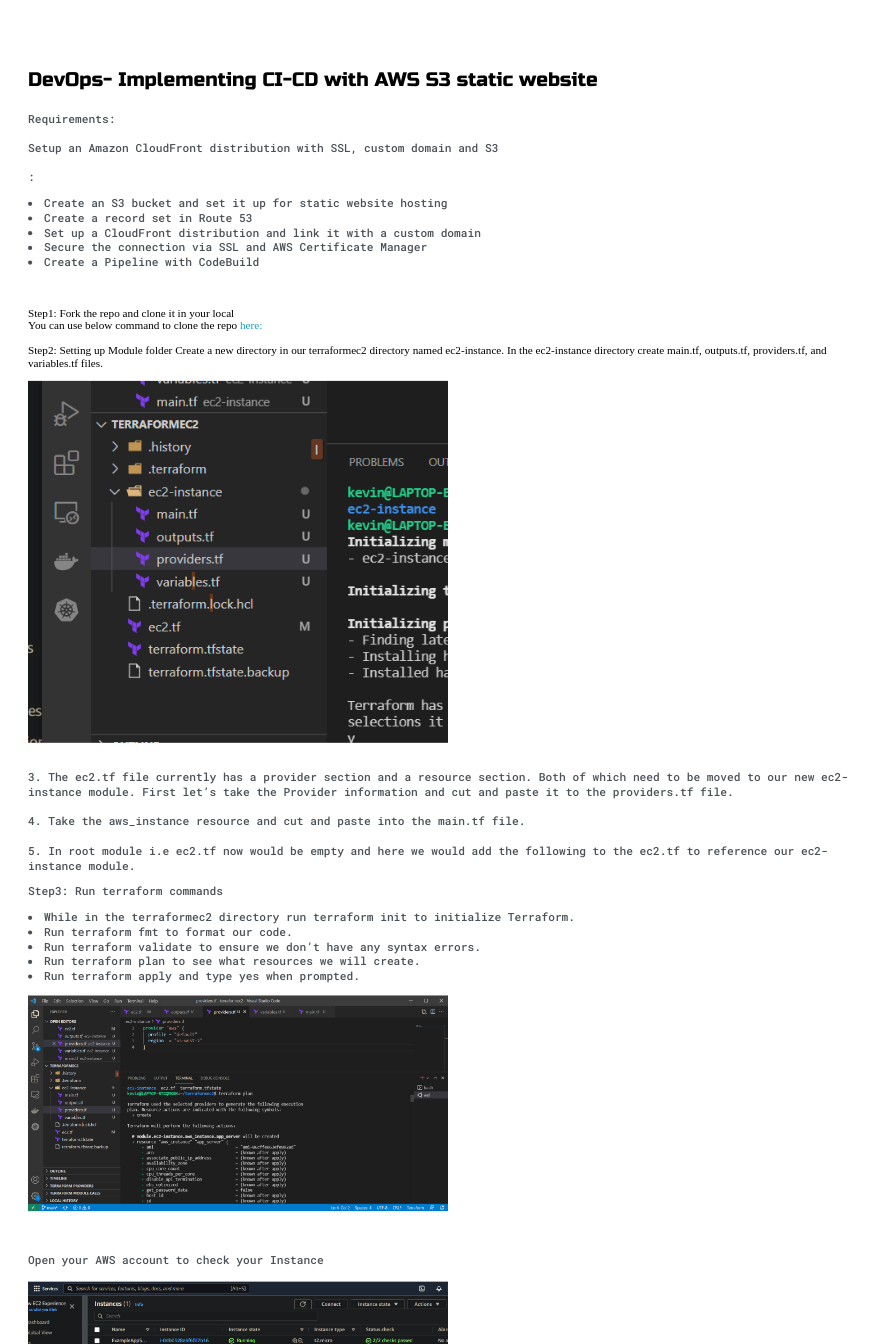
Repository: kevAnto/P_folio
Page: static.html
An editor plug-in stored every save of this project. The page is shown before and after the next save, followed by the edit.
The browser window is 1280 px wide. The pictures show the part of the page from y = 393 to 2313 px (the page is 3106 px tall before and 3085 px after), at 70% of full size.

Above is the page before, as saved 2022-02-24 11:47:45.

### static.html
<!DOCTYPE html>
<html>

<head>
	<title>Antoine Choula</title>


	<meta name="viewport" content="width=device-width, initial-scale=1, maximum-scale=1, minimum-scale=1" />

	<link href="https://fonts.googleapis.com/css2?family=Russo+One&amp;display=swap" rel="stylesheet">

	<link href="https://fonts.googleapis.com/css2?family=Roboto+Mono:wght@500&amp;display=swap" rel="stylesheet">

	<link rel="stylesheet" type="text/css" href="default.css">


	<style type="text/css">
		.img-container{
			max-width: 600px;
		}

		img{
			width: 100%
		}

	</style>

</head>
<body>
	<div class="nav-wrapper">

		<!-- Link around dots-wrapper added after tutorial video -->
		<a href="index.html">
			<div class="dots-wrapper">
				<div id="dot-1" class="browser-dot"></div>
				<div id="dot-2" class="browser-dot"></div>
				<div id="dot-3" class="browser-dot"></div>
			</div>
		</a>

		<ul id="navigation">
			<li><a href="index.html">About</a></li>
			<li><a href="blog.html">Blog</a></li>
			<li><a href="index.html#contact">Contact</a></li>

		</ul>
	</div>

	<div class="main-container">
		<br>

		<div class="img-container">
			<img src="images/static.png">
		</div>

		<h3>DevOps- Implementing CI-CD with AWS S3 static website</h3>


		<p> Requirements: <br><br>

            Setup an Amazon CloudFront distribution with SSL, custom domain and S3 <br><br>

        :

            <li>Create an S3 bucket and set it up for static website hosting </li>
            <li>Create a record set in Route 53 </li>
            <li>Set up a CloudFront distribution and link it with a custom domain  </li>
            <li>Secure the connection via SSL and AWS Certificate Manager </li>
			<li>Create a Pipeline with CodeBuild</li>
		<br>
		<br>

		<br>
			Step1: Fork the repo and clone it in your local

		<br>
        You can use below command to clone the repo <a href="https://github.com/kevAnto/terraformec2/blob/main/ec2.tf">here:</a> <br><br>

        Step2: Setting up Module folder

    Create a new directory in our terraformec2 directory named ec2-instance.
    In the ec2-instance directory create main.tf, outputs.tf, providers.tf, and variables.tf files.
		</p>

		<div class="img-container">
			<img src="images/tf1(1).PNG">
		</div>

		<br>
		<p>
            3. The ec2.tf file currently has a provider section and a resource section. Both of which need to be moved to our new ec2-instance module. First let’s take the Provider information and cut and paste it to the providers.tf file.
		<br>
		<br>
		    4. Take the aws_instance resource and cut and paste into the main.tf file.
		<br>

        <br>

            5. In root module i.e ec2.tf now would be empty and here we would add the following to the ec2.tf to reference our ec2-instance module.

		<br>

        <p>
            Step3: Run terraform commands


            <li>While in the terraformec2 directory run terraform init to initialize Terraform.</li>
            <li>Run terraform fmt to format our code.</li>
            <li>Run terraform validate to ensure we don’t have any syntax errors.</li>
            <li>Run terraform plan to see what resources we will create.</li>
            <li>Run terraform apply and type yes when prompted.</li>

		<br>

		<div class="img-container">
			<img src="images/tf2(1).PNG">
		</div>

		<br>
		<p>
		<br>
		Open your AWS account to check your Instance

		<br>

		<div class="img-container">
			<img src="images/running.PNG">
		</div>

		<p>
            <br>Step5: Destroy the resources <br> <br>Once you are done with creation of resources and you have verified it,
		<br>

		<div class="img-container">
			<img src="images/tf3(1).PNG">
		</div>

		<br>
		<p>
            <p>
             Next step is to destroy all the resources created in order to avoid any unnecessary charges from AWS.
            <br>

		<br>

		<div class="img-container">
			<img src="images/tf4.PNG">
		</div>
		<p>


            <br>



	</div>

</body>

</html>

### default.css
:root{
	--mainColor:#eaeaea;
	--secondaryColor:#fff;

	--borderColor:#c1c1c1;

	--mainText:black;
	--secondaryText:#4b5156;

	--themeDotBorder:#24292e;

	--previewBg:rgb(251, 249, 243, 0.8);
	--previewShadow:#f0ead6;


	--buttonColor:black;


}


html, body{
	padding: 0;
	margin: 0;
	scroll-behavior: smooth;
}

body *{
	transition: 0.3s;
}


h1, h2, h3, h4, h5, h6, strong{
	color: var(--mainText);
	font-family: 'Russo One', sans-serif;
	font-weight: 500;
}

p, li, span, label, input, textarea{
	color: var(--secondaryText);
	font-family: 'Roboto Mono', monospace;
}

a{
	text-decoration: none;
	color:#17a2b8;
}

ul{
	list-style: none;
}

h1 { font-size: 56px;}
h2 { font-size: 36px;}
h3 { font-size: 28px;}
h4 { font-size: 24px;}
h5 { font-size: 20px;}
h6 { font-size: 16px;}


.s1{
	background-color: var(--mainColor);
	border-bottom:1px solid var(--borderColor);
	overflow:auto;
}

.s2{
	background-color: var(--secondaryColor);
	border-bottom:1px solid var(--borderColor);
	overflow:auto;
}




.main-container{
	width: 1200px;
	margin: 0 auto;
}


.greeting-wrapper{
	display: grid;
	text-align: center;
	align-content: center;
	min-height: 10em;

}

.intro-wrapper{
	background-color: var(--secondaryColor);
	border:1px solid var(--borderColor);
	border-radius:5px 5px 0 0;


	-webkit-box-shadow: -1px 1px 3px -1px rgba(0,0,0,0.75);
	-moz-box-shadow: -1px 1px 3px -1px rgba(0,0,0,0.75);
	box-shadow: -1px 1px 3px -1px rgba(0,0,0,0.75);

	display: grid;
	grid-template-columns: 1fr 1fr;
	grid-template-areas:
		'nav-wrapper nav-wrapper'
		'left-column right-column'
	;
}


.nav-wrapper{
	border-radius:5px 5px 0 0;
	grid-area:nav-wrapper;
	border-bottom: 1px solid var(--borderColor);
	display: flex;
	justify-content: space-between;
	align-items: center;
	background-color: var(--mainColor);
}

#navigation a{
	color:var(--mainText);
}


#navigation{
	margin:0;
	padding: 10px;
}

#navigation li{
	display: inline-block;
	margin-right: 5px;
	margin-left:5px;
}

.dots-wrapper{
	display: flex;
	padding: 10px;
}

#dot-1{
	background-color:  #2ACA3E;
}

#dot-2{
	background-color:  #FC6058;
}

#dot-3{
	background-color:  #FEC02F;
}

.browser-dot{
	background-color: black;
	height: 15px;
	width: 15px;
	border-radius: 50%;
	margin: 5px;

	-webkit-box-shadow: -1px 1px 3px -1px rgba(0,0,0,0.75);
	-moz-box-shadow: -1px 1px 3px -1px rgba(0,0,0,0.75);
	box-shadow: -1px 1px 3px -1px rgba(0,0,0,0.75);

}


.left-column{
	grid-area: left-column;
	padding-top:50px;
	padding-bottom: 50px;
}

#profile_pic{
	display: block;
	margin:0 auto;

	height: 200px;
	width: 200px;
	object-fit: cover;
	border:2px solid var(--borderColor);
}


#theme-options-wrapper{
	display: flex;
	justify-content: center;
}

.theme-dot{
	height: 30px;
	width: 30px;
	background-color: black;
	border-radius: 50%;

	margin: 5px;
	border:2px solid var(--themeDotBorder);

	-webkit-box-shadow: -1px 1px 3px -1px rgba(0,0,0,0.75);
	-moz-box-shadow: -1px 1px 3px -1px rgba(0,0,0,0.75);
	box-shadow: -1px 1px 3px -1px rgba(0,0,0,0.75);

	cursor: pointer;
}


.theme-dot:hover{
	border-width: 5px;
}


#light-mode{
	background-color: #fff;
}

#blue-mode{
	background-color: #192734;
}

#green-mode{
	background-color: #78866b;
}

#purple-mode{
	background-color: #7E4C74;
}

#settings-note{
	font-size: 12px;
	font-style: italic;
	text-align: center;
}

.right-column{
	grid-area: right-column;
	display: grid;
	align-content: center;

	padding-top: 50px;
	padding-bottom: 50px;
}


#preview-shadow{
	background-color: var(--previewShadow);
	max-width: 300px;
	height: 180px;
	padding-left: 30px;
	padding-top: 30px;
}

#preview{
	width: 300px;
	border:1.5px solid #17a2b8;
	background-color: var(--previewBg);
	padding:15px;
	position: relative;
}

.corner{
	width:7px;
	height: 7px;
	border-radius: 50%;
	border:1.5px solid #17a2b8;
	background-color: #fff;
	position: absolute;
}

#corner-tl{
	top:-5px;
	left: -5px
}

#corner-tr{
	top:-5px;
	right: -5px
}


#corner-br{
	bottom:-5px;
	right: -5px
}


#corner-bl{
	bottom:-5px;
	left: -5px
}

.about-wrapper{
	display: grid;
	grid-template-columns: repeat(auto-fit, minmax(320px, 1fr));
	padding-bottom: 50px;
	padding-top: 50px;
	gap:100px;
}


#skills{
	display: flex;
	justify-content: space-evenly;
	background-color: var(--previewShadow);
}

.social-links{
	display: grid;
	align-content: center;
	text-align: center;
}

#social_img{
	width: 100%;
}


.post-wrapper{
	display: grid;
	grid-template-columns: repeat(auto-fit, 320px);
	gap:20px;
	justify-content: center;
	padding-bottom: 50px;
}

.post{
	border:1px solid var(--borderColor);
	-webkit-box-shadow: -2px 7px 21px -9px rgba(0,0,0,0.75);
	-moz-box-shadow: -2px 7px 21px -9px rgba(0,0,0,0.75);
	box-shadow: -2px 7px 21px -9px rgba(0,0,0,0.75);
}

.thumbnail{
	display: block;
	width: 100%;
	height:180px;
	object-fit: cover;
}

.sami{
	display: flex;
	width: 40%;
	height:80px;
	object-fit: cover;

}

.sami1 {
	display: grid;
	grid-gap: 1px;
	grid-template-columns: minmax(200px, 1fr) 200px 200px;
	background-color: #fff;
	color: #444;
	width: 40%;
	height:80px;
	object-fit: cover;
  }

  .sami2 {

	grid-template-columns: minmax(200px, 1fr) 200px 400px;

  }

.post-preview{
	background-color: #fff;
	padding:15px;
}

.post-title{
	color:black;
	margin: 0;
}

.post-intro{
	color:#4b5156;
	font-size: 14px;
}


#contact-form{
	display: block;
	max-width: 600px;
	margin: 0 auto;
	border: 1px solid var(--borderColor);
	padding: 15px;
	border-radius: 5px;
	background-color: var(--mainColor);
	margin-bottom: 50px;

}

#contact-form label{
	line-height: 2.7em;
}

#contact-form textarea{
	min-height: 100px;
	font-size: 14px;
}


.input-field{
	width: 100%;
	padding-top: 10px;
	padding-bottom:10px;
	background-color: var(--secondaryColor);
	border-radius: 5px;
	border:1px solid var(--borderColor);
	font-size: 14px;
}


#submit-btn{
	margin-top: 10px;
	width: 100%;
	padding-top: 10px;
	padding-bottom:10px;
	color: #fff;
	background-color: var(--buttonColor);
	border:none;
}


@media screen and (max-width: 1200px){
	.main-container{
		width: 95%;
	}
}

@media screen and (max-width: 800px){
	.intro-wrapper{
		grid-template-columns: 1fr;
		grid-template-areas:
			'nav-wrapper'
			'left-column'
			'right-column'
		;
	}

	.right-column{
		justify-content: center;
	}

}

@media screen and (max-width: 400px){
	#preview-shadow{
		max-width: 280px;
		height: 180px;
		padding-left: 10px;
		padding-top: 10px;
	}

	#preview{
		width: 280px;

	}

}

After the next save:
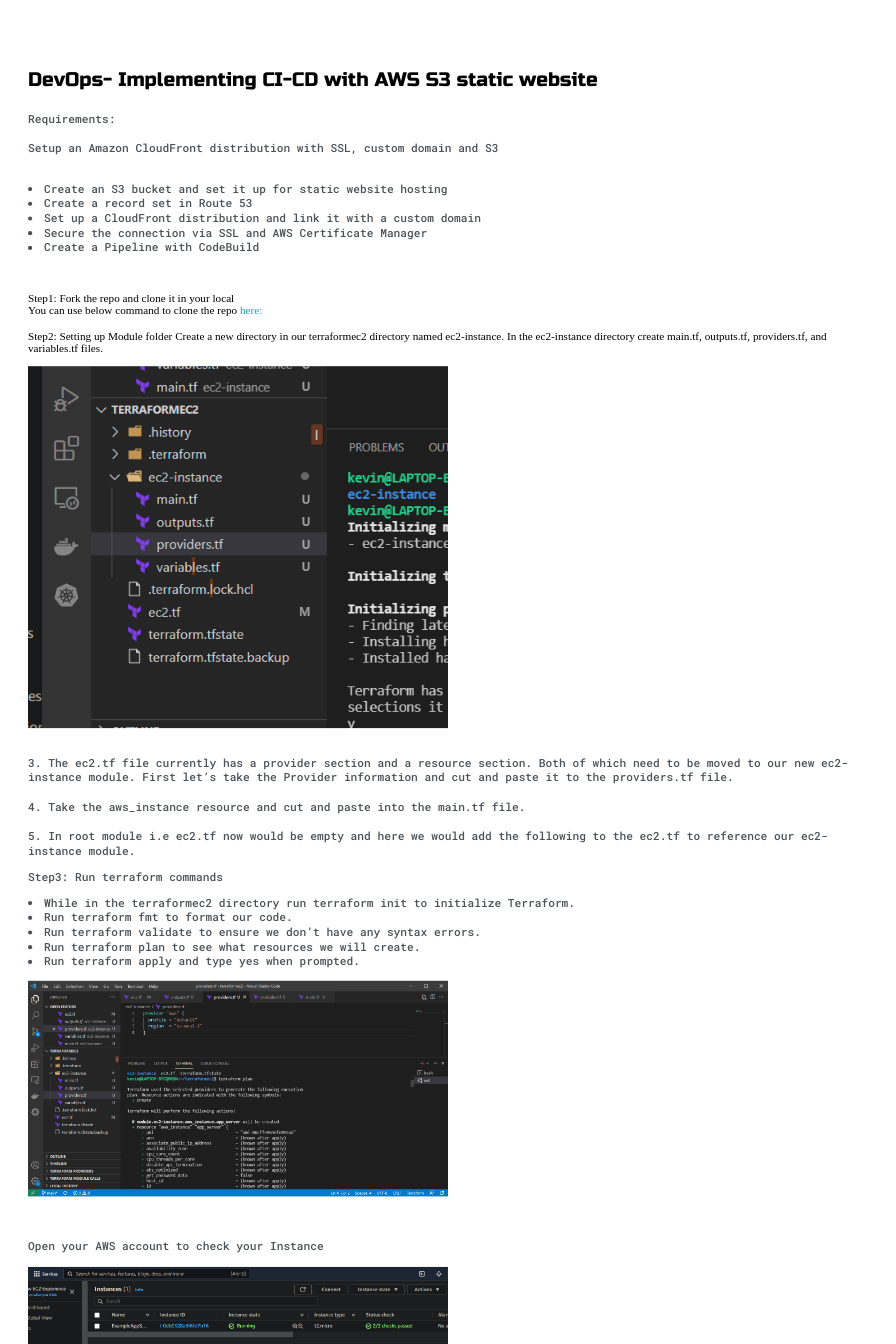
Saved 38 s later.
--- a/static.html
+++ b/static.html
@@ -60,7 +60,6 @@
 
             Setup an Amazon CloudFront distribution with SSL, custom domain and S3 <br><br>
 
-        :
 
             <li>Create an S3 bucket and set it up for static website hosting </li>
             <li>Create a record set in Route 53 </li>
